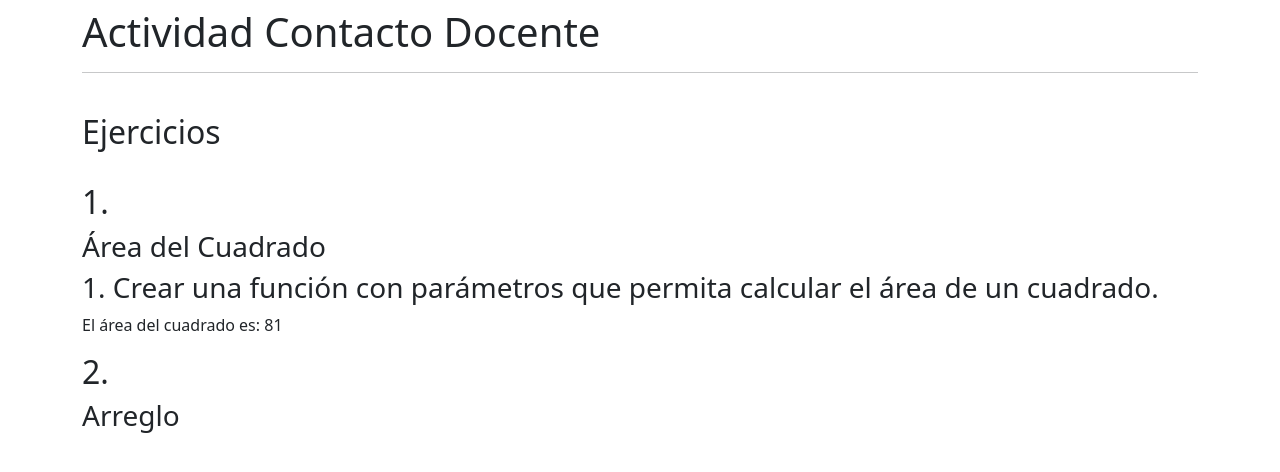
Repository: Jchimbo99/Actvidad1
Page: / (app in typescript-actividad/)
The author's editor kept a copy of each file at every save. The page is drawn from the files as they stood at one save, then again after the next save.
The browser window is 1280 px wide. The pictures show the whole page.
The project was rebuilt for these pictures with package versions that can differ from the ones it lists, and the page was loaded fresh each time. Also part of the build but not shown: typescript-actividad/vite.config.ts.

Above is the page before, as saved 2025-01-22 20:36:51.

After the next save:
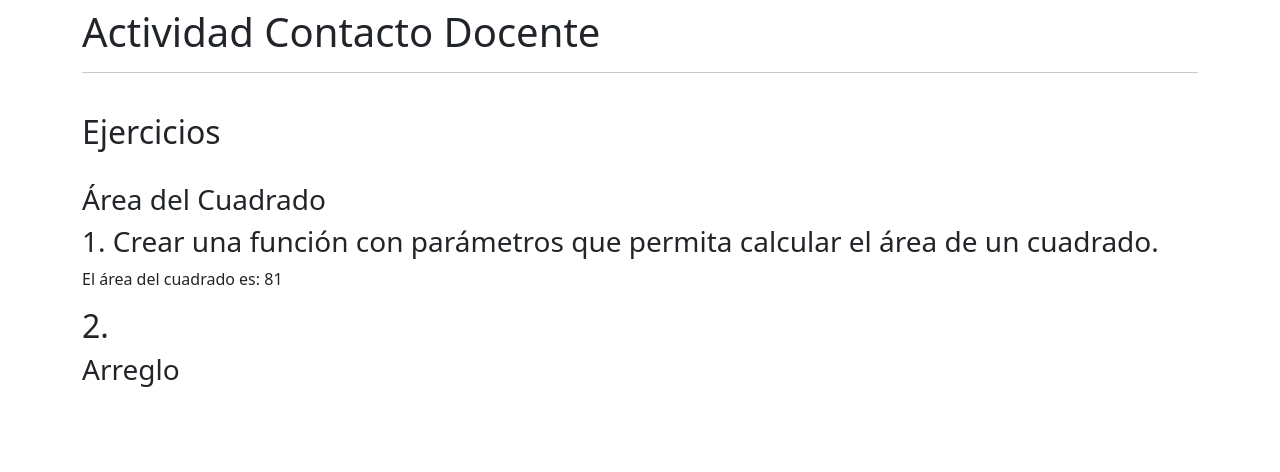
Saved 18 s later.
--- a/typescript-actividad/src/App.tsx
+++ b/typescript-actividad/src/App.tsx
@@ -10,7 +10,7 @@ export const App = () => {
       <br />
       <h2>Ejercicios</h2>
       <br />
-      <h2>1.</h2>
+
       <AreaCuadrado/>
       <h2>2.</h2>
       <Arreglo/>
